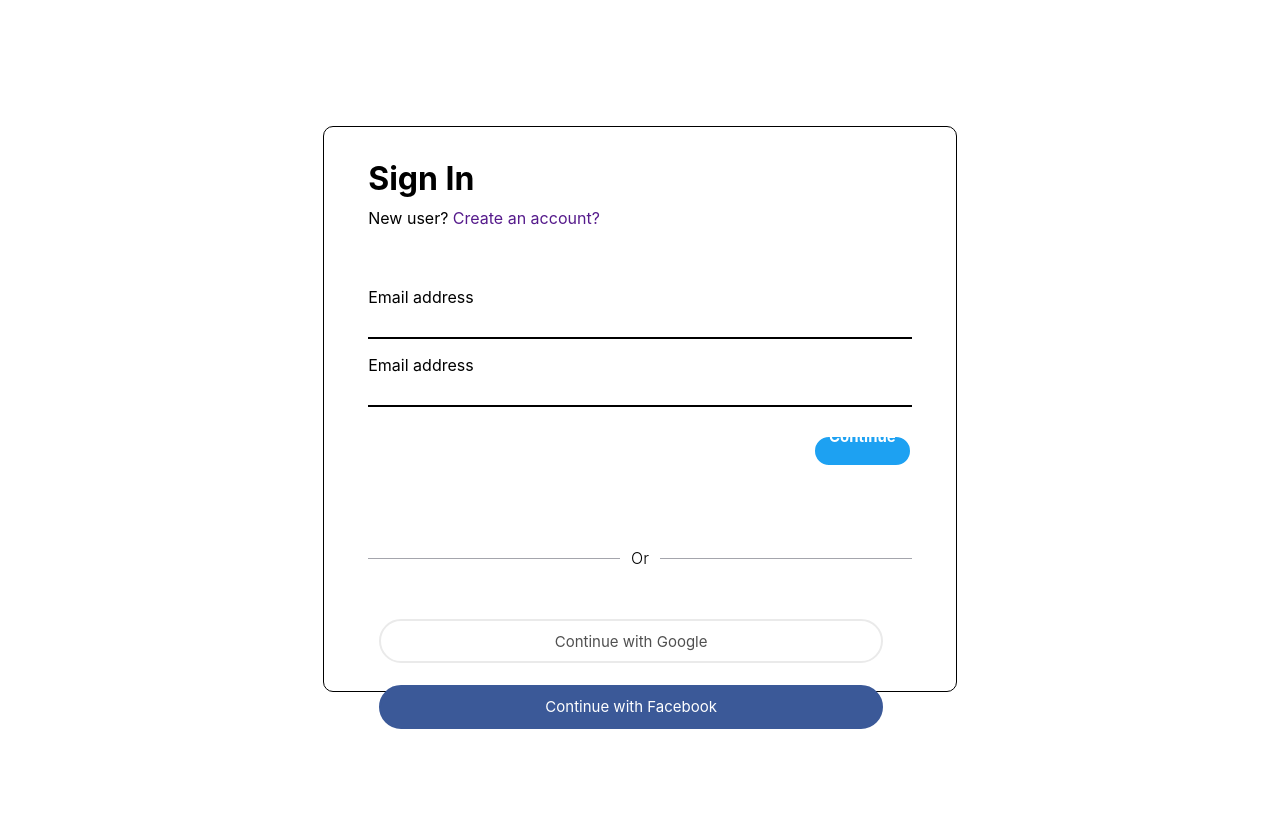
Repository: thangluu93/WereWolf
Page: Template/signIn.html
An editor plug-in stored every save of this project. The page is shown before and after the next save, followed by the edit.
The browser window is 1280 px wide. The pictures show the whole page.

Above is the page before, as saved 2020-01-13 14:30:59.

### Template/signIn.html
<html>

<head>

    <link rel="stylesheet" href="../Stylesheet/signInStyle.css">
</head>

<body id="body1">
    <div class="container" id="container1">
        <div class="containerBody" id="containerBody1">
            <div class="border" id="border1">
                <div class="content" id="content1">
                    <div class="contentHeader">
                        <h1 class="Heading">Sign In</h1>
                        <p class="subHead">New user? <a href="">Create an account?</a></p>
                    </div>
                    <div class="fieldLayout">
                        <div class="fieldContainer" >
                            <div >
                                <p style="margin-bottom: 0;"> Email address </p>
                                <input type="email" class="field">
                            </div>
                            <div >
                                <p style="margin-bottom: 0;"> Email address </p>
                                <input type="email" class="field">
                            </div>
                        </div>
                        <div class="emailContinue">
                            <button class="emailContinueBtn ">
                                <span>Continue</span>
                            </button>
                        </div>
                    </div>
                    <div class="contentFooter">
                        <strong class="line">Or</strong>
                        <div class="socialSignIn" id="socialSignIn1">
                            <a href="" class="googleSignIn">
                                <!-- <svg viewBox="0 0 1152 1152" focusable="false" aria-hidden="true" role="img"
                                class="googleIconSvg">
                                <path
                                    d="M1055.994 594.42a559.973 559.973 0 0 0-8.86-99.684h-458.99V683.25h262.28c-11.298 60.918-45.633 112.532-97.248 147.089v122.279h157.501c92.152-84.842 145.317-209.78 145.317-358.198z"
                                    fill="#4285f4"></path>
                                <path
                                    d="M588.144 1070.688c131.583 0 241.9-43.64 322.533-118.07l-157.5-122.28c-43.64 29.241-99.463 46.52-165.033 46.52-126.931 0-234.368-85.728-272.691-200.919H152.636v126.267c80.19 159.273 245 268.482 435.508 268.482z"
                                    fill="#34a853"></path>
                                <path
                                    d="M315.453 675.94a288.113 288.113 0 0 1 0-185.191V364.482H152.636a487.96 487.96 0 0 0 0 437.724z"
                                    fill="#fbbc05"></path>
                                <path
                                    d="M588.144 289.83c71.551 0 135.792 24.589 186.298 72.88l139.78-139.779C829.821 144.291 719.504 96 588.143 96c-190.507 0-355.318 109.21-435.508 268.482L315.453 490.75c38.323-115.19 145.76-200.919 272.691-200.919z"
                                    fill="#ea4335"></path>
                            </svg> -->
                                <span>Continue with Google</span>
                            </a>
                            <a href="" class="facebookSignIn">
                                <!-- <svg viewBox="0 0 1152 1152" class="facebookIconSvg" aria-hidden="true" data-prefix="fab" data-icon="facebook-f"
                                role="img" xmlns="http://www.w3.org/2000/svg" viewBox="0 0 264 512" data-fa-i2svg="">
                                <path fill="currentColor"
                                    d="M76.7 512V283H0v-91h76.7v-71.7C76.7 42.4 124.3 0 193.8 0c33.3 0 61.9 2.5 70.2 3.6V85h-48.2c-37.8 0-45.1 18-45.1 44.3V192H256l-11.7 91h-73.6v229">
                                </path>
                            </svg> -->
                                <span>Continue with Facebook</span>

                            </a>

                        </div>
                    </div>
                </div>

            </div>
        </div>
    </div>
</body>

</html>

### Stylesheet/signInStyle.css
.containerBody{
    margin: 0;
    padding: 0;
    width: 100%;
}

#containerBody1{
  width: 100%;

}

#content1{

    display: flex;
    flex-direction: column;


}

.content{
    height: 90%;
    padding: 5% 7% 7% 7%;
}

.border{
    width: 50%;
    height: 80%;
}

#border1{
    border: 1px solid black;
    border-radius: 10px;   ;

    margin: 10% auto;
    justify-content: center;
    align-items: center;

}

.socialSignIn a{
    margin: 2%;
    width: 92%;
    height: 2.5rem;
    display: flex;
    align-items: center;
    justify-content: center;
    font-size: 15px;
}

.socialSignIn{
    margin-top: 2.5rem;
}

#socialSignIn1{
    display: flex;
    flex-direction: column;
}

.googleSignIn,.facebookSignIn,.twitterSignIn{
    border: 2px;
    border-style: solid;
    border-radius: 100px;
}

.subHead{
    margin: 10px 0 0 0;
}

.heading{
    margin: 0;
}

p {
    font-family: adobe-clean,"Source Sans Pro",-apple-system,BlinkMacSystemFont,"Segoe UI",Roboto,sans-serif;
}

h1{
    font-family: adobe-clean,"Source Sans Pro",-apple-system,BlinkMacSystemFont,"Segoe UI",Roboto,sans-serif;
    font-size: 32px;
}

span{
    font-family: adobe-clean,"Source Sans Pro",-apple-system,BlinkMacSystemFont,"Segoe UI",Roboto,sans-serif;
}

a{
    text-decoration: none;
}

.field{
    width: 100%;
    height: 2rem;
    margin:0;
    border-color: black;
    border-top: 0;
    border-left: 0;
    border-right: 0;
    border-bottom: 2px;
    border-style: solid;
    font-size: 16px;
    outline: none;
}

.fieldContainer{
    margin: 0 0 5% 0;
}

.emailContinueBtn{
    display: flex;
    box-shadow: none;
    background-color: #1da1f2;
    color: white;
    border: none;
    outline: none;
    border-width: 2px;
    border-style: solid;
    border-radius: 16px;
    height: 32px;
    min-width: 72px;
    padding: 0 14px 0;
    font-size: 15px;
    font-weight: 700;
    line-height: 0;
    justify-content: center;
}

.emailContinue{
    display: flex;
    align-items: flex-end;
    flex-direction: column;
}

.googleSignIn{
    border-color: #eaeaea;
    color: #505050;
}

.facebookSignIn{
    border-color:#3b5998;
    background-color: #3b5998;
    color: white;
}

.twitterSignIn{
    color: white;
    border-color: #1da1f2;
    background-color: #1da1f2;
}

.line {
    display: flex;
    z-index: 1;
    position: relative;
    width: 100%;
    color: black;
    justify-content: center;
    font-weight: 300;
    font-family: adobe-clean,"Source Sans Pro",-apple-system,BlinkMacSystemFont,"Segoe UI",Roboto,sans-serif
}

.line:before {
    width: 40px;
    height: 10px;
    background-color: white;
    margin-top: -5px;
    margin-left: -20px;
    margin-right: 0px;
    margin-bottom: 0px;
    position: absolute;
    left: 50%;
    top: 50%;
    z-index: -1;
    content: '';
}

.line:after {
    border-bottom: 1px solid #a4a5ac;
    display: block;
    position: absolute;
    top: 49%;
    width: 100%;
    z-index: -2;
    content: '';
}

.fieldLayout{
    margin: 8% 0 15% 0 ;
}

After the next save:
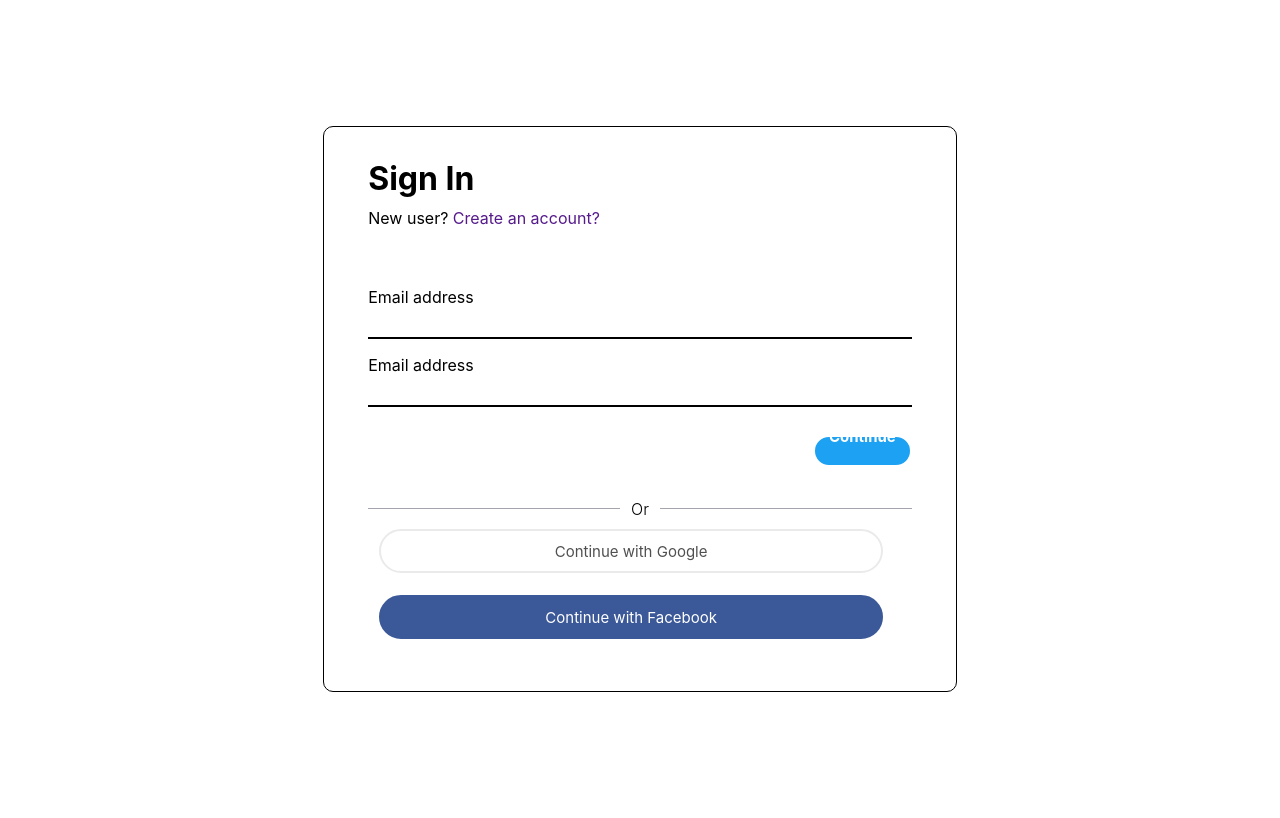
Saved 69 s later.
--- a/Stylesheet/signInStyle.css
+++ b/Stylesheet/signInStyle.css
@@ -48,7 +48,7 @@
 }
 
 .socialSignIn{
-    margin-top: 2.5rem;
+    margin-top: 2 rem;
 }
 
 #socialSignIn1{
@@ -184,5 +184,5 @@ a{
 }
 
 .fieldLayout{
-    margin: 8% 0 15% 0 ;
+    margin: 8% 0 2rem 0 ;
 }
